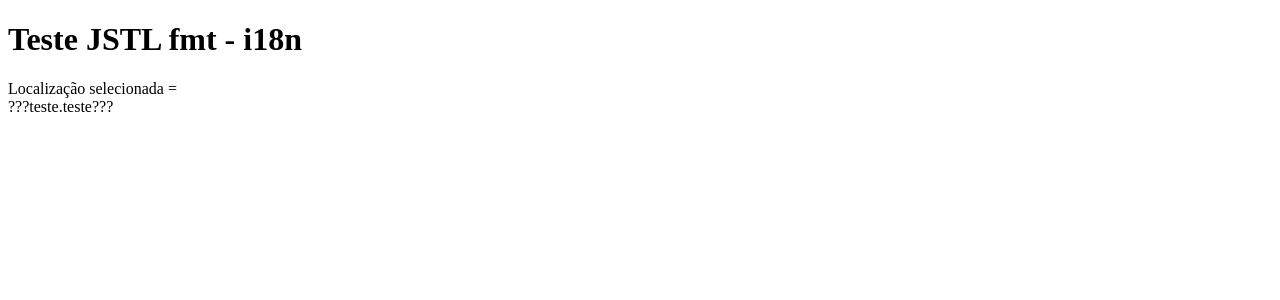
Repository: GabrielGGhost/EstudoJavaAW1-AW2
Page: http://localhost/estudos10/jsp/exemploI18N.jsp
The author's editor kept a copy of each file at every save. The page is drawn from the files as they stood at one save, then again after the next save.
The browser window is 1280 px wide. The pictures show the whole page.
The page is served by Tomcat 9.

Above is the page before, as saved 2020-10-23 18:59:56.

### estudos10/WebContent/jsp/exemploI18N.jsp
<%@ page language="java" contentType="text/html; charset=ISO-8859-1"
    pageEncoding="ISO-8859-1"%>

<%@ taglib uri="http://java.sun.com/jsp/jstl/fmt" prefix="fmt" %>
<!DOCTYPE html PUBLIC "-//W3C//DTD HTML 4.01 Transitional//EN" "http://www.w3.org/TR/html4/loose.dtd">
<html>
<head>
<meta http-equiv="Content-Type" content="text/html; charset=ISO-8859-1">
<title>Teste de i18n com JSTL</title>
</head>
<body>
	<h1>Teste JSTL fmt - i18n</h1>
	Localização selecionada = ${param.language} <br/>
	<fmt:setLocale value="${param.language}"/>
		<fmt:bundle basename='en_US'>
			<fmt:message key="teste.teste"> </fmt:message>
		</fmt:bundle>
</body>
</html>

After the next save:
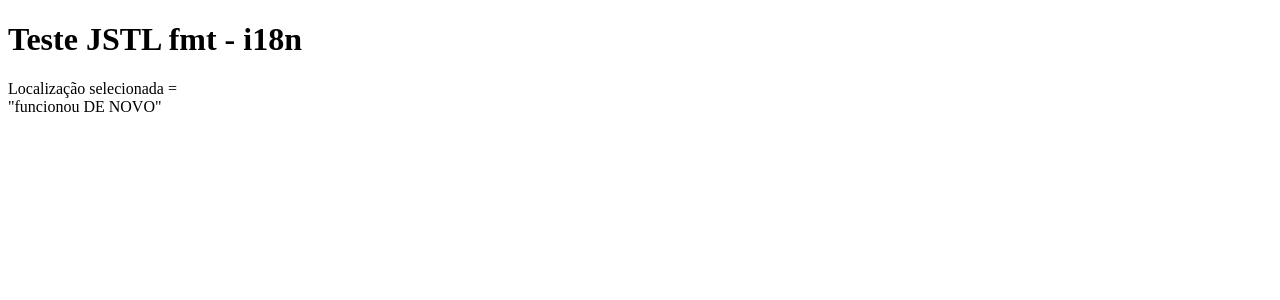
Saved 24 s later.
--- a/estudos10/WebContent/jsp/exemploI18N.jsp
+++ b/estudos10/WebContent/jsp/exemploI18N.jsp
@@ -13,7 +13,7 @@
 	Localização selecionada = ${param.language} <br/>
 	<fmt:setLocale value="${param.language}"/>
 		<fmt:bundle basename='en_US'>
-			<fmt:message key="teste.teste"> </fmt:message>
+			<fmt:message key="teste"> </fmt:message>
 		</fmt:bundle>
 </body>
 </html>
